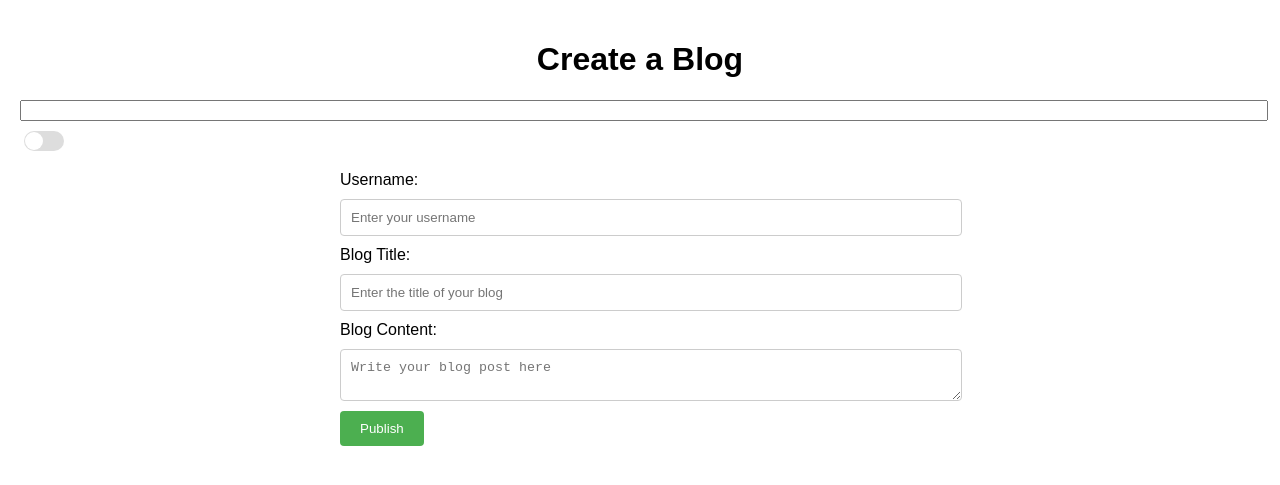
Repository: PaigeC001/WeatherOutlookTracker
Page: Challenge-4/index.html
An editor plug-in stored every save of this project. The page is shown before and after the next save, followed by the edit.
The browser window is 1280 px wide. The pictures show the whole page.

Above is the page before, as saved 2024-06-25 00:48:03.

After the next save:
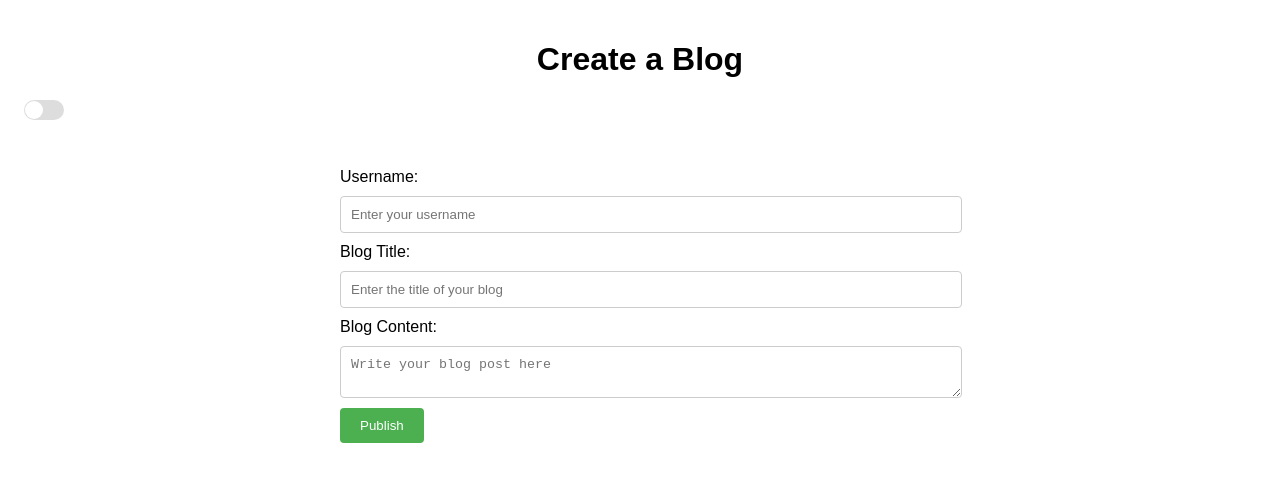
Saved 37 s later.
--- a/Challenge-4/index.html
+++ b/Challenge-4/index.html
@@ -7,8 +7,8 @@
 <body>
   <h1>Create a Blog</h1>
   <div class="toggle-container">
-    <input type=""checkbox" id="toggle">
     <input type="checkbox" id="toggle">
+    <label for="toggle">
   </div>
   <form>
     <label for="username">Username:</label>
